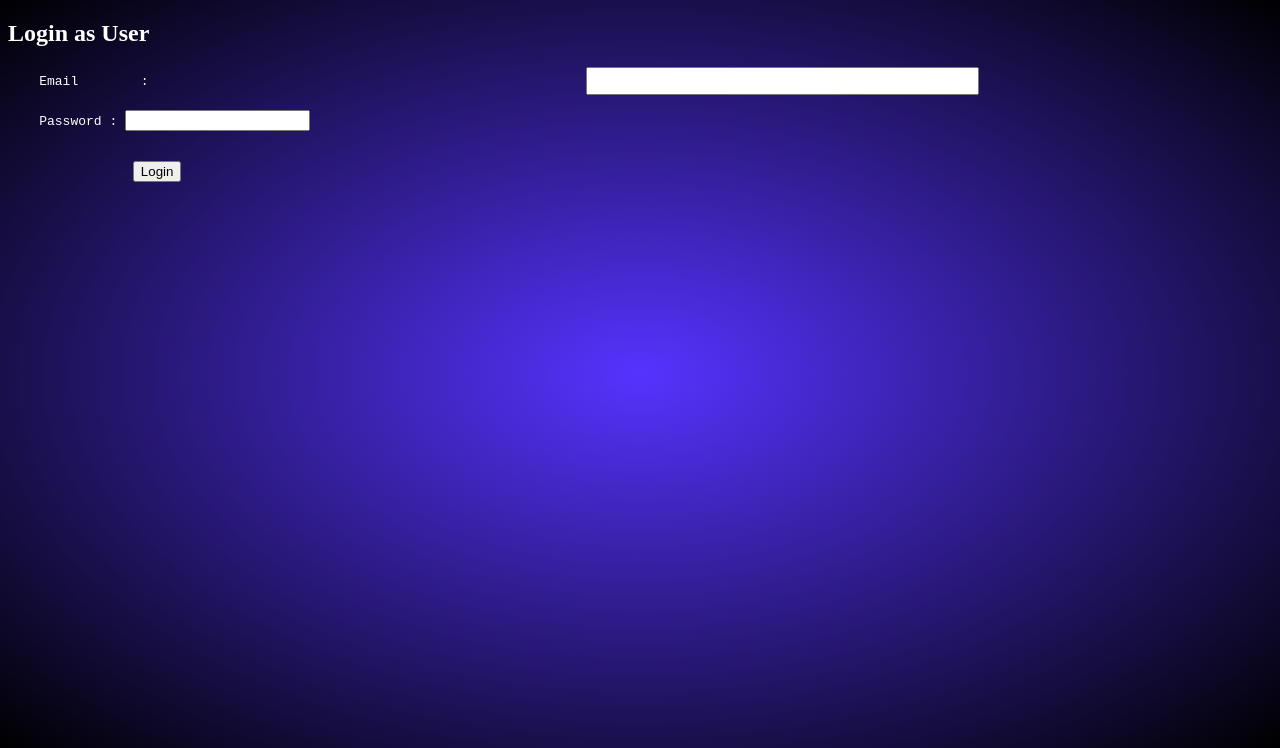
Repository: ShreyasG27/Amdocs-Training
Page: http://localhost/e-learning-frontend/loginuser.jsp
The author's editor kept a copy of each file at every save. The page is drawn from the files as they stood at one save, then again after the next save.
The browser window is 1280 px wide. The pictures show the whole page.
The page is served by Tomcat 9.

Above is the page before, as saved 2021-08-22 14:01:31.

After the next save:
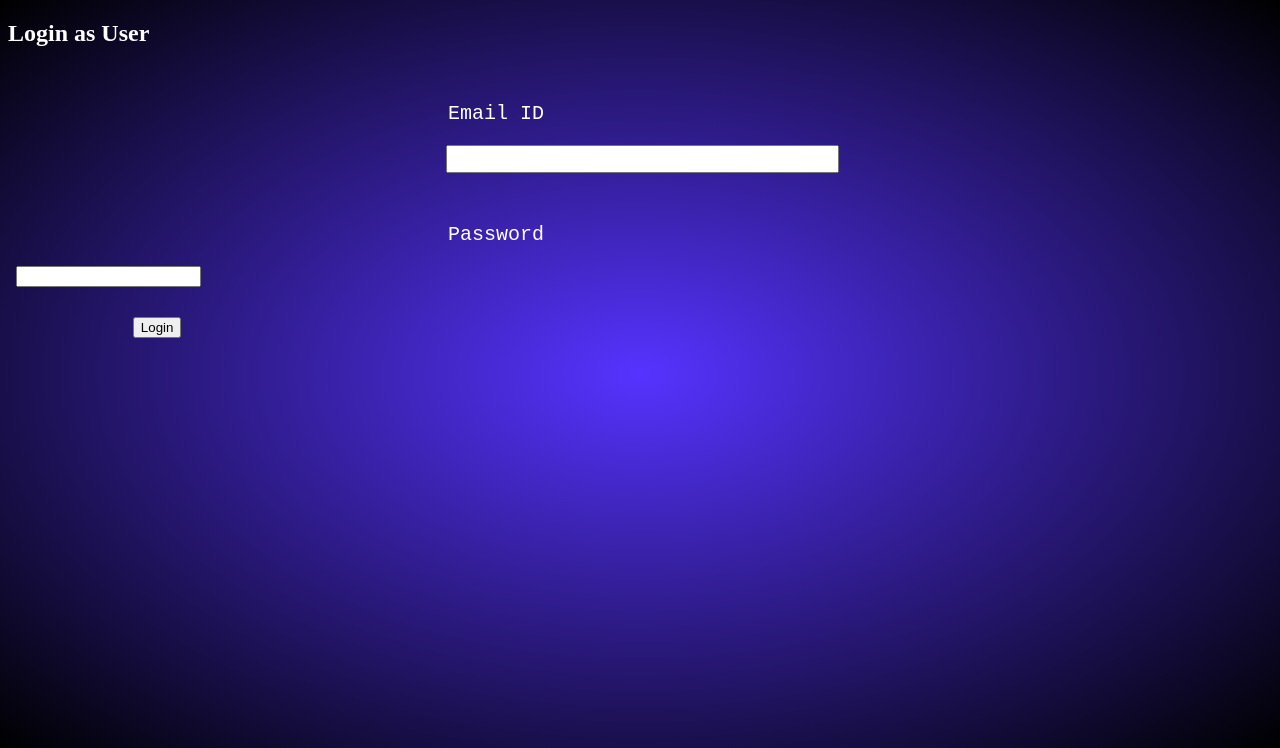
Saved 27 s later.
--- a/e-learning-frontend/src/main/webapp/loginuser.jsp
+++ b/e-learning-frontend/src/main/webapp/loginuser.jsp
@@ -59,8 +59,8 @@ margin-top: 50px;
 
 <form action="loginuser" method="POST">
     <pre>
-    Email	 : <input class="inputfld" type="email" name="email"><br>
-    Password : <input class="inputfld2" type="password" name="password"><br>
+    <p class="txtfld">Email ID</p> <input class="inputfld" type="email" name="email"><br>
+   <p class="txtfld">Password</p> <input class="inputfld2" type="password" name="password"><br>
 
                 <input type="submit" value="Login"><br>
     </pre>
